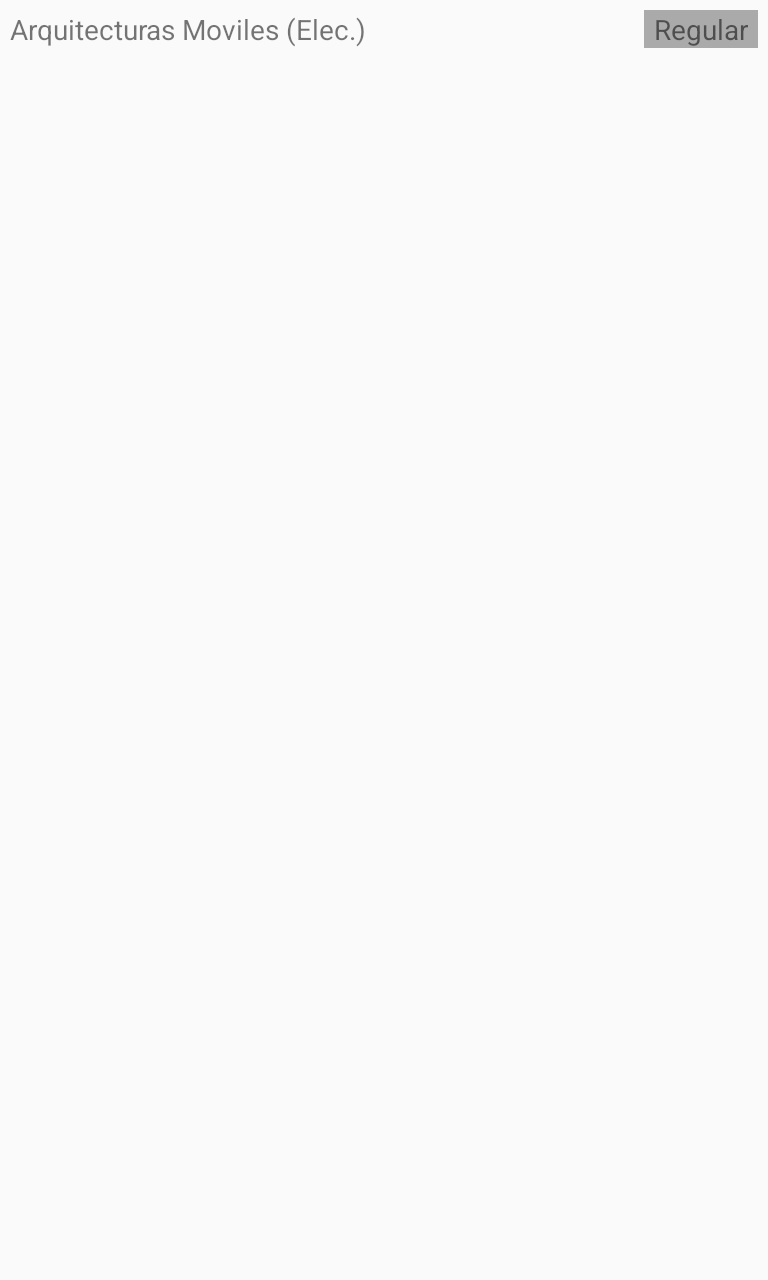
Repository: juanpablobono/Sysacadalumnos
Layout: Sysacad/res/layout/lst_cursado_item.xml
The author's editor kept a copy of each file at every save. The layout is drawn from the files as they stood at one save, then again after the next save.
It is drawn on a 768 x 1280 px phone screen (xhdpi) without system bars, with theme temaSysacad; the app's code is not run.

Above is the layout before, as saved 2014-07-07 12:37:04.

### Sysacad/res/layout/lst_cursado_item.xml
<?xml version="1.0" encoding="utf-8"?>
<RelativeLayout xmlns:android="http://schemas.android.com/apk/res/android"
    android:layout_width="match_parent"
    android:layout_height="match_parent"
    android:padding="5dp">

    <TextView
        android:id="@+id/lblNombreMateria"
        android:layout_width="wrap_content"
        android:layout_height="wrap_content"
        android:layout_alignParentLeft="true"
        android:layout_alignParentTop="true"
        android:text="Arquitecturas Moviles (Elec.)"
        android:layout_toLeftOf="@+id/lblCondicion"
        android:layout_marginRight="5dp"/>

    <TextView
        android:id="@+id/lblCondicion"
        android:layout_width="wrap_content"
        android:layout_height="wrap_content"
        android:layout_alignParentRight="true"
        android:layout_alignParentTop="true"
        android:background="@android:color/darker_gray"
        android:text="Regular"
        android:paddingLeft="5dp"
        android:paddingRight="5dp"/>

</RelativeLayout>

### Sysacad/res/values/styles.xml
<resources xmlns:android="http://schemas.android.com/apk/res/android">

    <!--
        Base application theme, dependent on API level. This theme is replaced
        by AppBaseTheme from res/values-vXX/styles.xml on newer devices.

         <item name="android:background">@color/background_activities</item>
    -->

    <!-- the theme applied to the application or activity -->

    <style name="temaSysacad" parent="@style/Theme.AppCompat.Light.DarkActionBar">

    </style>

</resources>

After the next save:
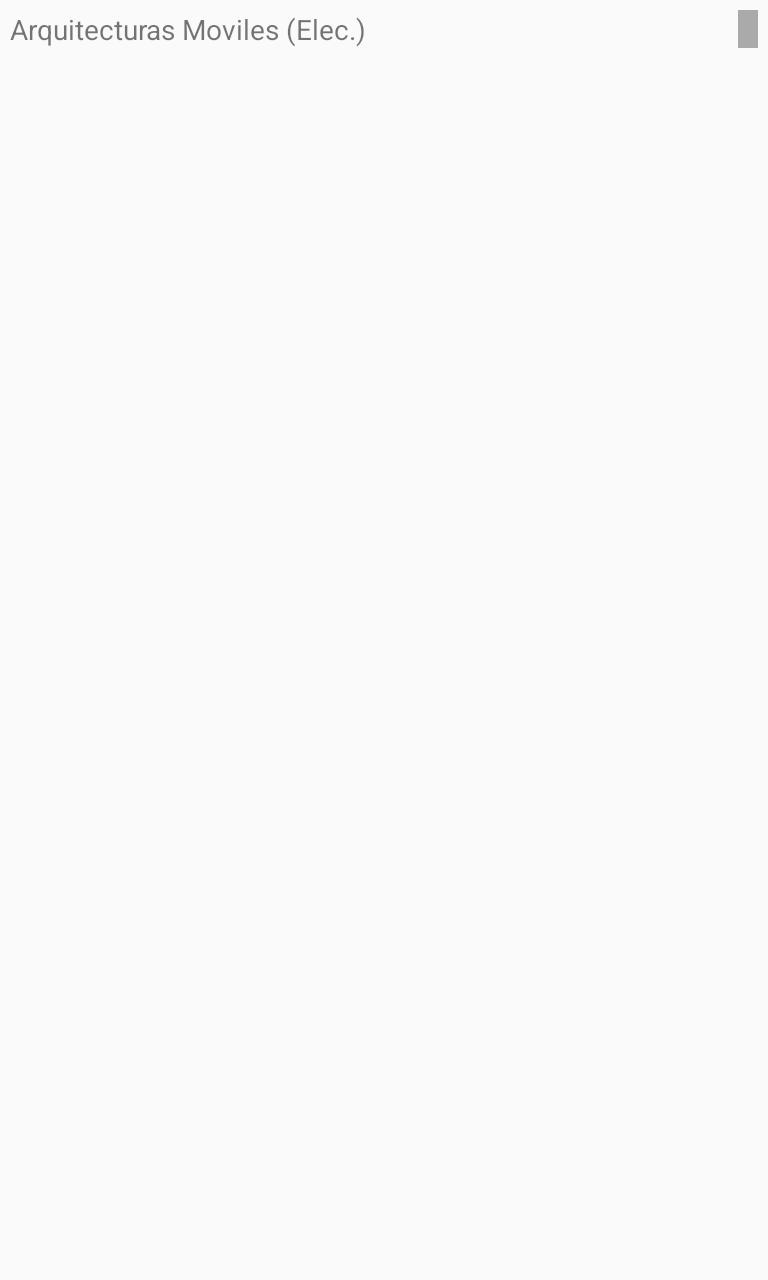
Saved 8 s later.
--- a/Sysacad/res/layout/lst_cursado_item.xml
+++ b/Sysacad/res/layout/lst_cursado_item.xml
@@ -21,7 +21,7 @@
         android:layout_alignParentRight="true"
         android:layout_alignParentTop="true"
         android:background="@android:color/darker_gray"
-        android:text="Regular"
+        android:text=""
         android:paddingLeft="5dp"
         android:paddingRight="5dp"/>
 

After the save that followed:
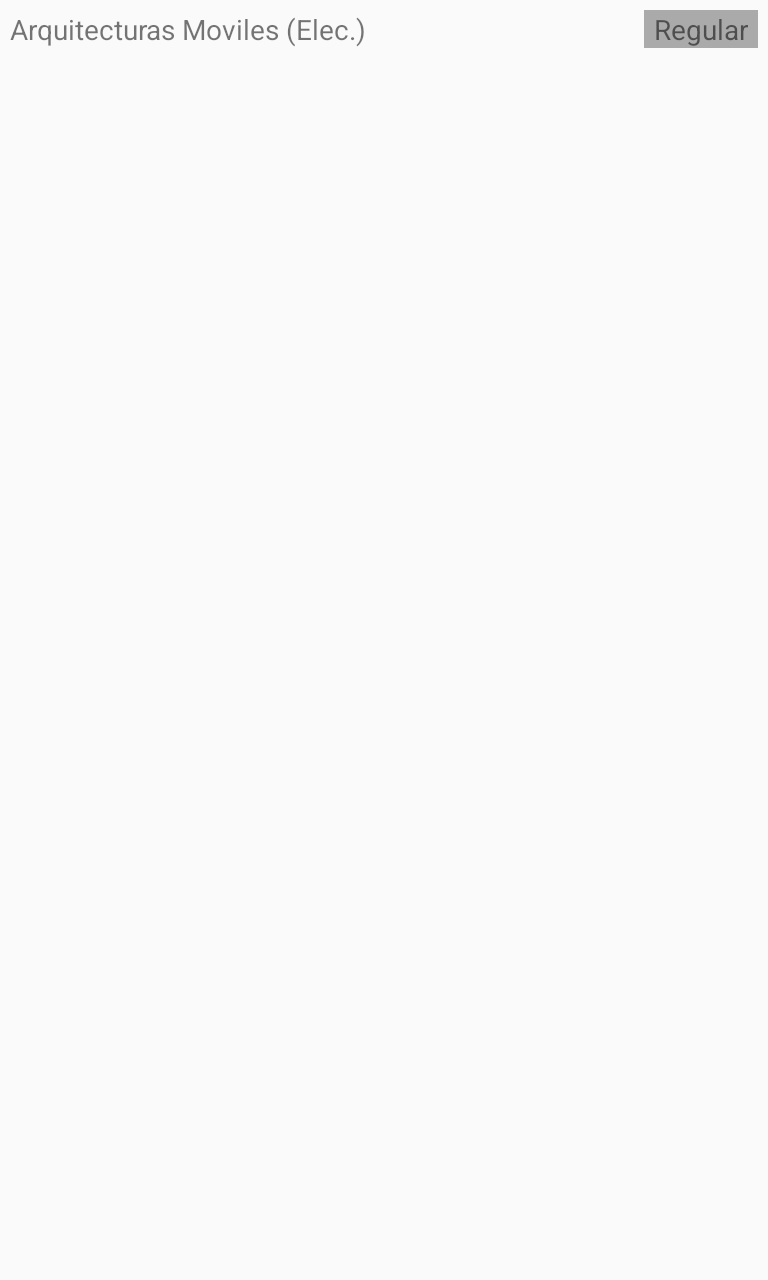
Saved 6 s later.
--- a/Sysacad/res/layout/lst_cursado_item.xml
+++ b/Sysacad/res/layout/lst_cursado_item.xml
@@ -21,7 +21,7 @@
         android:layout_alignParentRight="true"
         android:layout_alignParentTop="true"
         android:background="@android:color/darker_gray"
-        android:text=""
+        android:text="Regular"
         android:paddingLeft="5dp"
         android:paddingRight="5dp"/>
 
